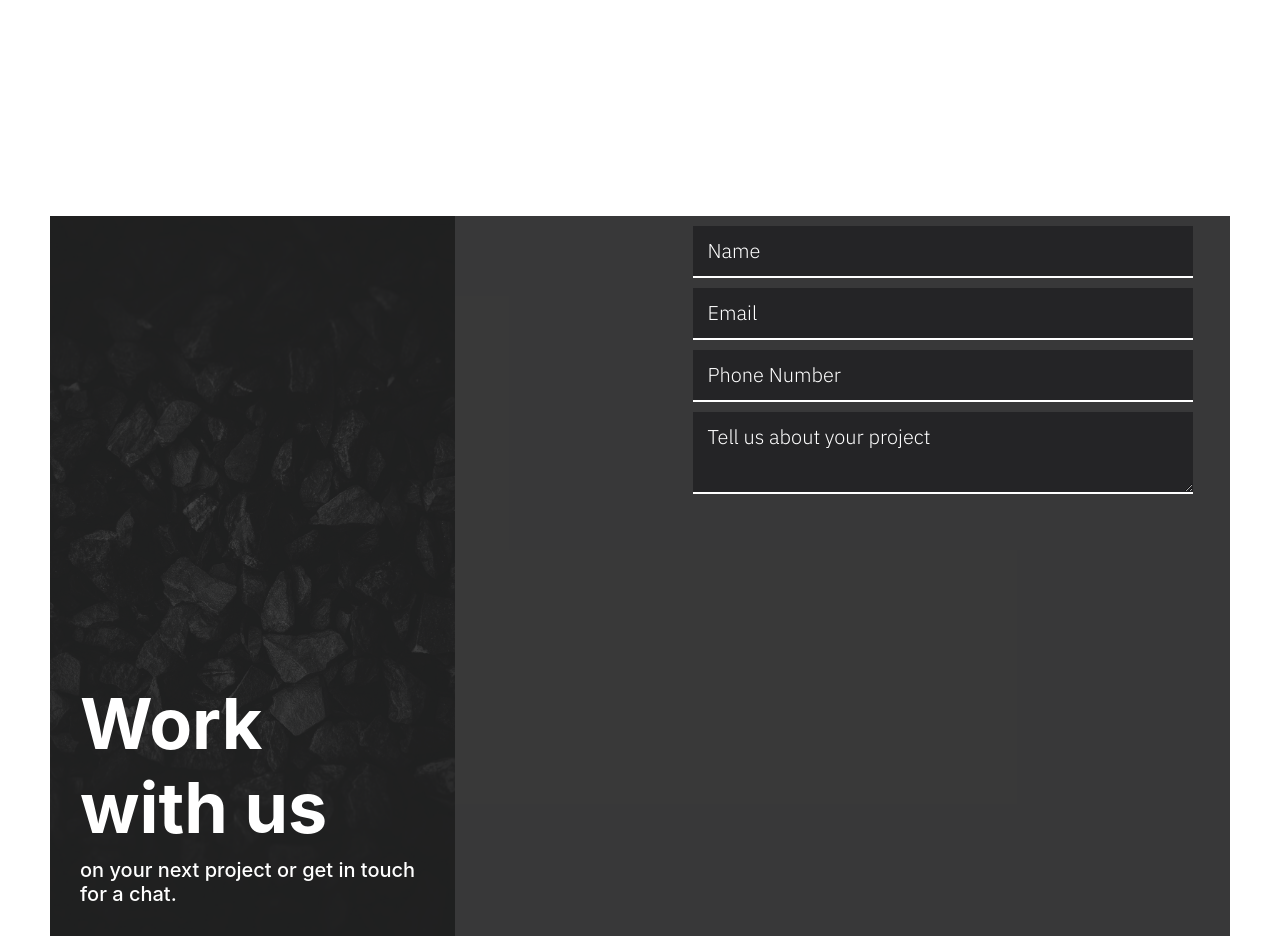
Repository: Licorne-Technologies/Ceeless-v2
Page: index.html
An editor plug-in stored every save of this project. The page is shown before and after the next save, followed by the edit.
The browser window is 1280 px wide. The pictures show the part of the page from y = 2245 to 3197 px (the page is 3317 px tall).
Pictures or frames that could not be fetched are drawn as grey boxes. Some web libraries are served in a nearby version. The style sheet was rebuilt from its Sass, Less or Tailwind sources for each picture, by a compiler version that may differ from the author's.

Above is the page before, as saved 2020-06-15 14:35:52.

After the next save:
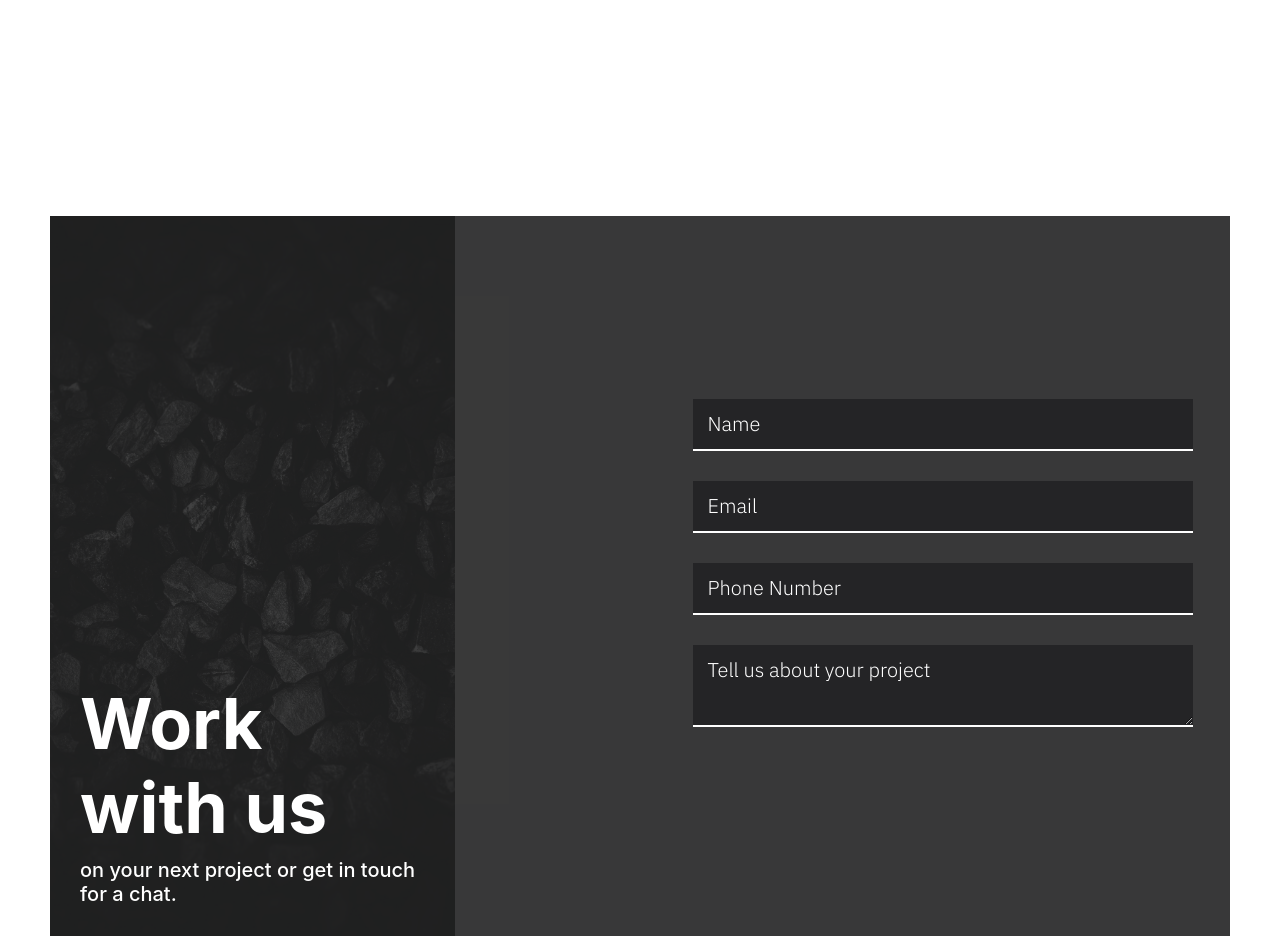
Saved 4 min 46 s later.
--- a/css/contact.scss
+++ b/css/contact.scss
@@ -17,6 +17,7 @@
         display: flex;
         flex-direction: column;
         align-items: center;
+        justify-content: center;
         height: 100vh;
 
         .formRow {
@@ -30,6 +31,7 @@
                 background-color: rgba(35,35,36, .9);
                 width: 500px;
                 font-size:  $fontText;
+                margin-bottom: 20px;
             }
 
             input::placeholder, textarea::placeholder {
